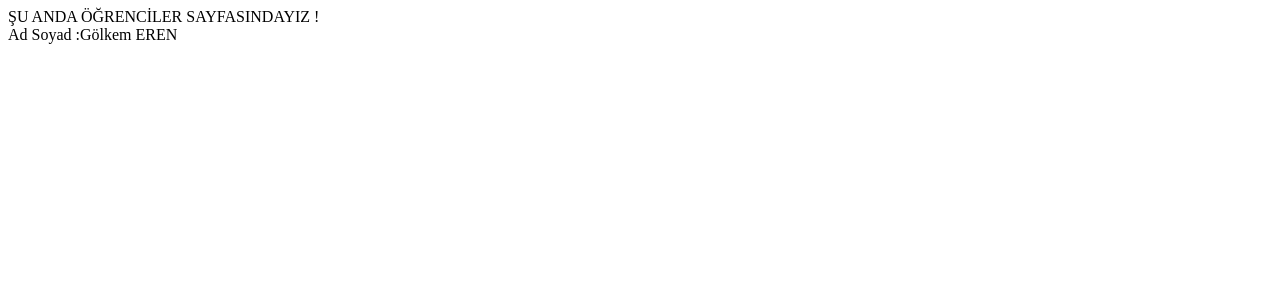
Repository: golkemeren/IleriJava101Java201Java301
Page: http://localhost/Displatcher_10/ogrenciler
The author's editor kept a copy of each file at every save. The page is drawn from the files as they stood at one save, then again after the next save.
The browser window is 1280 px wide. The pictures show the whole page.
The page is served by Tomcat 10. Other server files are loaded and not shown.

Above is the page before, as saved 2023-03-22 19:55:27.

### Displatcher_10/src/main/webapp/jspUseBean/ogrenciler.jsp
<%@ page import = "bean.pojo.Ogrenci" %>
<%@ page language="java" contentType="text/html; charset=UTF-8"
    pageEncoding="UTF-8"%>
<!DOCTYPE html>
<html>
<head>
<meta charset="UTF-8">
<title>Öğrenciler</title>
</head>
<body>
ŞU ANDA ÖĞRENCİLER SAYFASINDAYIZ !
 <br>
 <%--  <%= request.getAttribute("info") %> --%>
 <% Ogrenci o = (Ogrenci)request.getAttribute("ogrenci");%>
 <%= "Ad Soyad :"+o.getAd()+ " " +  o.getSoyad()  %>


</body>
</html>

### Displatcher_10/src/main/java/bean/servlet/StartUp.java
package bean.servlet;

import java.io.IOException;

import bean.pojo.Ogrenci;
import jakarta.servlet.RequestDispatcher;
import jakarta.servlet.ServletException;
import jakarta.servlet.annotation.WebServlet;
import jakarta.servlet.http.HttpServlet;
import jakarta.servlet.http.HttpServletRequest;
import jakarta.servlet.http.HttpServletResponse;


@WebServlet (urlPatterns = {"/ogrenciler"})
public class StartUp extends HttpServlet {
 @Override
protected void doGet(HttpServletRequest req, HttpServletResponse resp) throws ServletException, IOException {

	 //String bilgi = "ogrenciler servletinden geldim";
     //req.setAttribute("info", bilgi );

	 Ogrenci ogrenci = new Ogrenci("1748","Gölkem","EREN",12,'A');
	 req.setAttribute("ogrenci", ogrenci);

	 RequestDispatcher dispatcher = req.getRequestDispatcher("jspUseBean/ogrenciler.jsp");
    dispatcher.forward(req, resp);
 }

}

### Displatcher_10/src/main/java/bean/pojo/Ogrenci.java
package bean.pojo;

public class Ogrenci {
private String no;
private String ad;
private String soyad ;
private int sinif ;
private char sube ;

public Ogrenci() {}


public Ogrenci(String no, String ad, String soyad, int sinif, char sube) {

	this.no = no;
	this.ad = ad;
	this.soyad = soyad;
	this.sinif = sinif;
	this.sube = sube;
}


public String getNo() {
	return no;
}
public void setNo(String no) {
	this.no = no;
}
public String getAd() {
	return ad;
}
public void setAd(String ad) {
	this.ad = ad;
}
public String getSoyad() {
	return soyad;
}
public void setSoyad(String soyad) {
	this.soyad = soyad;
}
public int getSinif() {
	return sinif;
}
public void setSinif(int sinif) {
	this.sinif = sinif;
}
public char getSube() {
	return sube;
}
public void setSube(char sube) {
	this.sube = sube;
}




}

After the next save:
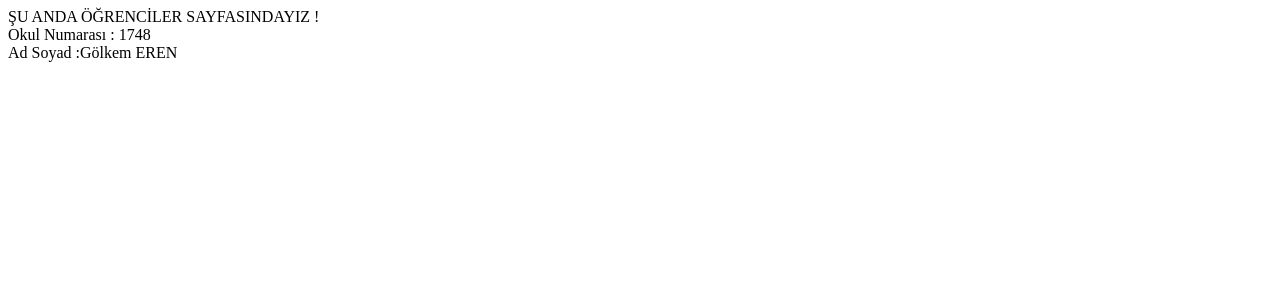
Saved 2 min 15 s later.
--- a/Displatcher_10/src/main/webapp/jspUseBean/ogrenciler.jsp
+++ b/Displatcher_10/src/main/webapp/jspUseBean/ogrenciler.jsp
@@ -11,8 +11,11 @@
 ŞU ANDA ÖĞRENCİLER SAYFASINDAYIZ !
  <br>
  <%--  <%= request.getAttribute("info") %> --%>
+
  <% Ogrenci o = (Ogrenci)request.getAttribute("ogrenci");%>
- <%= "Ad Soyad :"+o.getAd()+ " " +  o.getSoyad()  %>
+
+ <%= "Okul Numarası : " +o.getNo() + "<br>" %>
+ <%= "Ad Soyad :" + o.getAd()+ " " +  o.getSoyad()  %>
 
 
 </body>
